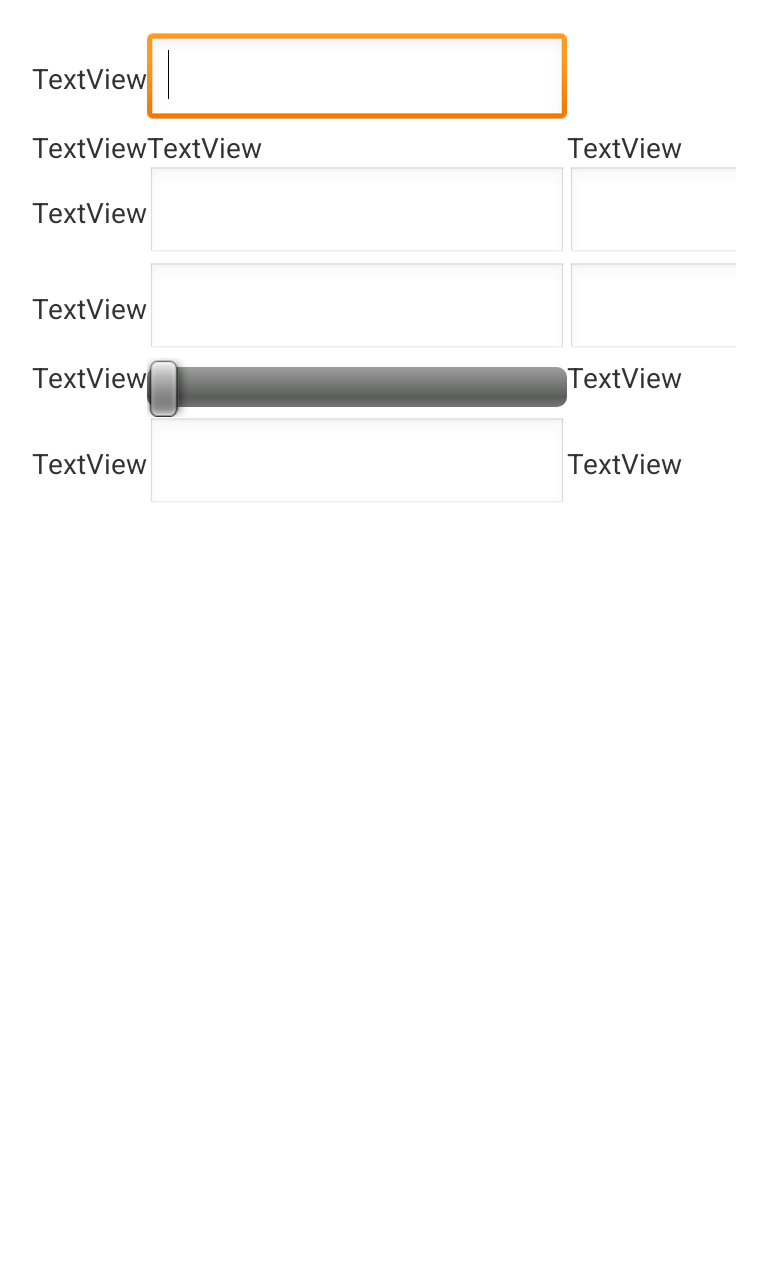
Repository: PaddyWilson/APPD2000
Layout: Workspace/Calculator/res/layout/activity_main.xml
An editor plug-in stored every save of this project. The layout is shown before and after the next save, followed by the edit.
It is drawn on a 768 x 1280 px phone screen (xhdpi) without system bars, with theme AppTheme; the app's code is not run.

Above is the layout before, as saved 2014-09-15 16:32:26.

### Workspace/Calculator/res/layout/activity_main.xml
<TableLayout xmlns:android="http://schemas.android.com/apk/res/android"
    xmlns:tools="http://schemas.android.com/tools"
    android:id="@+id/TableLayout1"
    android:layout_width="match_parent"
    android:layout_height="match_parent"
    android:paddingBottom="@dimen/activity_vertical_margin"
    android:paddingLeft="@dimen/activity_horizontal_margin"
    android:paddingRight="@dimen/activity_horizontal_margin"
    android:paddingTop="@dimen/activity_vertical_margin"
    tools:context="com.example.calculator2.MainActivity" >

    <TableRow
        android:id="@+id/tableRow0"
        android:layout_width="wrap_content"
        android:layout_height="wrap_content" >

        <TextView
            android:id="@+id/billTextView"
            android:layout_width="wrap_content"
            android:layout_height="wrap_content"
            android:text="TextView" />

        <EditText
            android:id="@+id/billEditText"
            android:layout_width="wrap_content"
            android:layout_height="wrap_content"
            android:ems="10"
            android:inputType="numberDecimal" >

            <requestFocus />
        </EditText>

    </TableRow>

    <TableRow
        android:id="@+id/tableRow1"
        android:layout_width="wrap_content"
        android:layout_height="wrap_content" >

        <TextView
            android:id="@+id/tenTextView"
            android:layout_width="wrap_content"
            android:layout_height="wrap_content"
            android:text="TextView" />

        <TextView
            android:id="@+id/fifteenTextView"
            android:layout_width="wrap_content"
            android:layout_height="wrap_content"
            android:text="TextView" />

        <TextView
            android:id="@+id/twentyTextView"
            android:layout_width="wrap_content"
            android:layout_height="wrap_content"
            android:text="TextView" />

    </TableRow>

    <TableRow
        android:id="@+id/tableRow2"
        android:layout_width="wrap_content"
        android:layout_height="wrap_content" >

        <TextView
            android:id="@+id/tipTextView"
            android:layout_width="wrap_content"
            android:layout_height="wrap_content"
            android:text="TextView" />

        <EditText
            android:id="@+id/tip10EditText"
            android:layout_width="wrap_content"
            android:layout_height="wrap_content"
            android:ems="10"
            android:inputType="numberDecimal" />

        <EditText
            android:id="@+id/tip15EditText"
            android:layout_width="wrap_content"
            android:layout_height="wrap_content"
            android:ems="10"
            android:inputType="numberDecimal" />

        <EditText
            android:id="@+id/tip20EditText"
            android:layout_width="wrap_content"
            android:layout_height="wrap_content"
            android:ems="10"
            android:inputType="numberDecimal" />

    </TableRow>

    <TableRow
        android:id="@+id/tableRow3"
        android:layout_width="wrap_content"
        android:layout_height="wrap_content" >

        <TextView
            android:id="@+id/totalTextView"
            android:layout_width="wrap_content"
            android:layout_height="wrap_content"
            android:text="TextView" />

        <EditText
            android:id="@+id/total10EditText"
            android:layout_width="wrap_content"
            android:layout_height="wrap_content"
            android:ems="10"
            android:inputType="numberDecimal" />

        <EditText
            android:id="@+id/total15EditText"
            android:layout_width="wrap_content"
            android:layout_height="wrap_content"
            android:ems="10"
            android:inputType="numberDecimal" />

        <EditText
            android:id="@+id/total20EditText"
            android:layout_width="wrap_content"
            android:layout_height="wrap_content"
            android:ems="10"
            android:inputType="numberDecimal" />

    </TableRow>

    <TableRow
        android:id="@+id/tableRow4"
        android:layout_width="wrap_content"
        android:layout_height="wrap_content" >

        <TextView
            android:id="@+id/customTextView"
            android:layout_width="wrap_content"
            android:layout_height="wrap_content"
            android:text="TextView" />

        <SeekBar
            android:id="@+id/customSeekBar"
            android:layout_width="match_parent"
            android:layout_height="wrap_content" />

        <TextView
            android:id="@+id/customTipTextView"
            android:layout_width="wrap_content"
            android:layout_height="wrap_content"
            android:text="TextView" />

    </TableRow>

    <TableRow
        android:id="@+id/tableRow5"
        android:layout_width="wrap_content"
        android:layout_height="wrap_content" >

        <TextView
            android:id="@+id/tipCustomTextView"
            android:layout_width="wrap_content"
            android:layout_height="wrap_content"
            android:text="TextView" />

        <EditText
            android:id="@+id/tipCustomEditText"
            android:layout_width="wrap_content"
            android:layout_height="wrap_content"
            android:ems="10"
            android:inputType="numberDecimal" />

        <TextView
            android:id="@+id/totalCustomTextView"
            android:layout_width="wrap_content"
            android:layout_height="wrap_content"
            android:text="TextView" />

        <EditText
            android:id="@+id/totalCustomEditText"
            android:layout_width="wrap_content"
            android:layout_height="wrap_content"
            android:ems="10"
            android:inputType="numberDecimal" />

    </TableRow>

</TableLayout>

### Workspace/Calculator/res/values/strings.xml
<?xml version="1.0" encoding="utf-8"?>
<resources>

    <string name="app_name">Calculator2</string>
    <string name="hello_world">Hello world!</string>
    <string name="action_settings">Settings</string>
    <string name="txtBill">Bill Total</string>
    <string name="txtTip">Tip</string>
    <string name="txtTotal">Total</string>
    <string name="txtCustom">Custom</string>
    <string />

</resources>

Loaded but not shown: Workspace/Calculator/res/values/styles.xml (common file); Workspace/Calculator/res/values/dimens.xml (common file); Workspace/Calculator/res/values-w820dp/dimens.xml (common file)

After the next save:
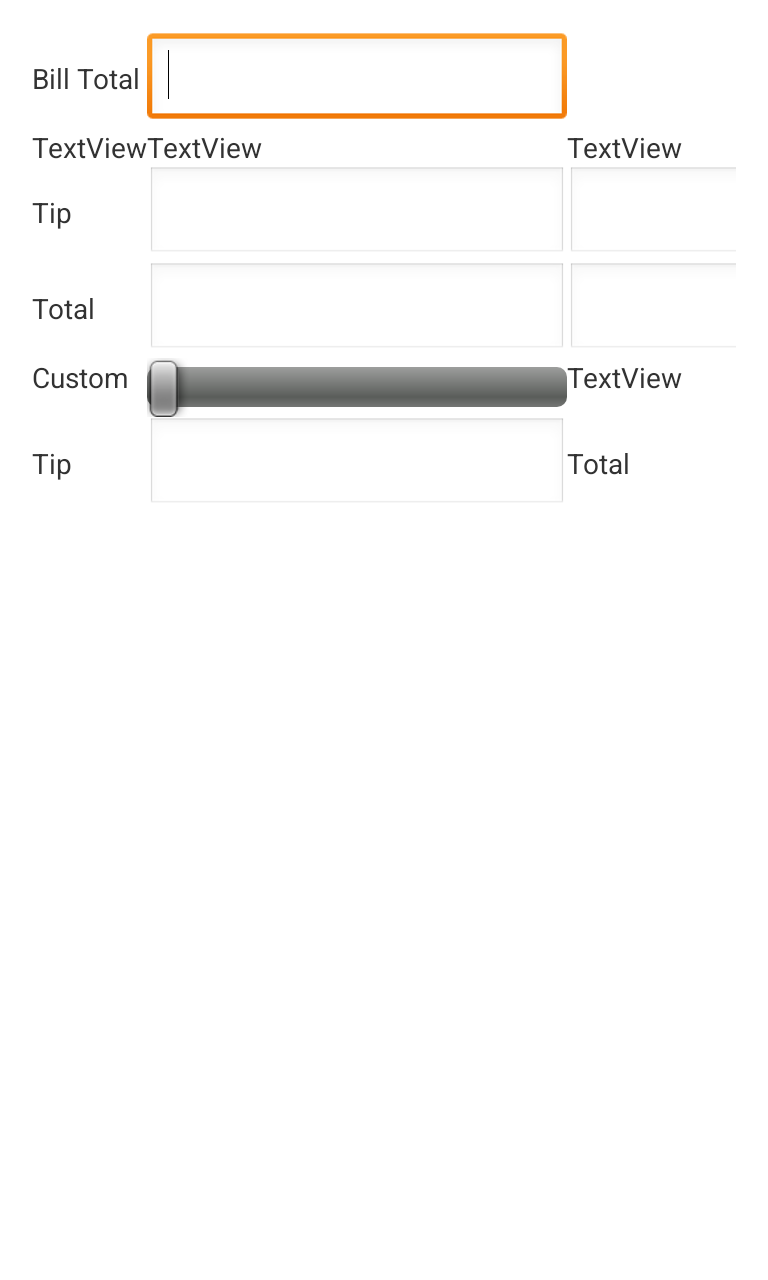
Saved 53 s later.
--- a/Workspace/Calculator/res/layout/activity_main.xml
+++ b/Workspace/Calculator/res/layout/activity_main.xml
@@ -18,7 +18,7 @@
             android:id="@+id/billTextView"
             android:layout_width="wrap_content"
             android:layout_height="wrap_content"
-            android:text="TextView" />
+            android:text="@string/txtBill" />
 
         <EditText
             android:id="@+id/billEditText"
@@ -66,7 +66,7 @@
             android:id="@+id/tipTextView"
             android:layout_width="wrap_content"
             android:layout_height="wrap_content"
-            android:text="TextView" />
+            android:text="@string/txtTip" />
 
         <EditText
             android:id="@+id/tip10EditText"
@@ -100,7 +100,7 @@
             android:id="@+id/totalTextView"
             android:layout_width="wrap_content"
             android:layout_height="wrap_content"
-            android:text="TextView" />
+            android:text="@string/txtTotal" />
 
         <EditText
             android:id="@+id/total10EditText"
@@ -134,7 +134,7 @@
             android:id="@+id/customTextView"
             android:layout_width="wrap_content"
             android:layout_height="wrap_content"
-            android:text="TextView" />
+            android:text="@string/txtCustom" />
 
         <SeekBar
             android:id="@+id/customSeekBar"
@@ -158,7 +158,7 @@
             android:id="@+id/tipCustomTextView"
             android:layout_width="wrap_content"
             android:layout_height="wrap_content"
-            android:text="TextView" />
+            android:text="@string/txtTip" />
 
         <EditText
             android:id="@+id/tipCustomEditText"
@@ -171,7 +171,7 @@
             android:id="@+id/totalCustomTextView"
             android:layout_width="wrap_content"
             android:layout_height="wrap_content"
-            android:text="TextView" />
+            android:text="@string/txtTotal" />
 
         <EditText
             android:id="@+id/totalCustomEditText"
